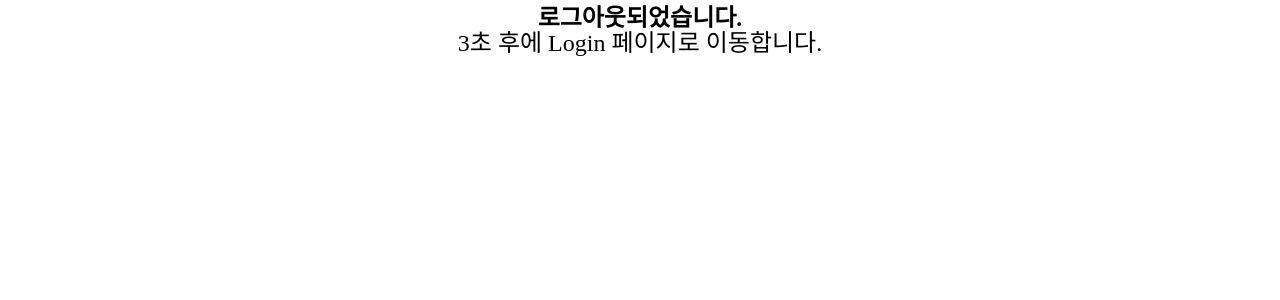
Repository: kr1124/jsp
Page: http://localhost/ServletProject/member/deleteForm.jsp
These files come from the project's save history. The page is drawn as it stood at one moment and after the next save; the edit follows.
The browser window is 1280 px wide. The pictures show the whole page.
The page is served by Tomcat 9. Other server files are loaded and not shown.

Above is the page before, as saved 2024-12-09 07:56:51.

### ServletProject/src/main/webapp/member/deleteForm.jsp
<%@ page language="java" contentType="text/html; charset=UTF-8" pageEncoding="UTF-8"%>
<%@ page import="com.member.StudentVO"%>
<jsp:useBean id="dao" class="com.member.StudentDAO"/>
<!DOCTYPE html>
<html>
<head>
	<meta charset="UTF-8">
	<title>회원탈퇴</title>
	<link href="style.css" rel="stylesheet" type="text/css" >
	<script type="text/javascript" src="script.js"></script>
</head>
<body>
	<div align="center">
		<font size="5" face="궁서체">
			<b>로그아웃되었습니다.</b><br>
			3초 후에 Login 페이지로 이동합니다.
		</font>
	</div>
</body>
</html>

### ServletProject/src/main/java/com/member/StudentDAO.java
package com.member;

import java.sql.*;
import javax.sql.*;
import javax.naming.*;
import java.util.*;

public class StudentDAO {
	private Connection getConnection() {
		Connection con = null;

		try {
			Context initContext = new InitialContext();
			Context envContext  = (Context)initContext.lookup("java:/comp/env");
			DataSource ds = (DataSource)envContext.lookup("jdbc/myOracle");
			con = ds.getConnection();

			System.out.println("데이터베이스 연결 성공");
		} catch(Exception se) {
			System.out.println("데이터베이스 연결 실패");
		}

		return con;
	}

	public boolean idCheck(String id) {
		boolean result = true;
		String sql = "select * from student where id=?";

		Connection con = null;
		PreparedStatement pstmt = null;
		ResultSet rs = null;

		try {
			con = getConnection();
			pstmt = con.prepareStatement(sql);
			pstmt.setString(1, id);

			rs = pstmt.executeQuery();

			if(!rs.next()) {
				result = false;
			}

		} catch (SQLException se) {
			se.printStackTrace();
		} finally {
			if(rs != null) {try {rs.close();} catch(SQLException e) {}}
			if(pstmt != null) {try {pstmt.close();} catch(SQLException e) {}}
			if(con != null) {try {con.close();} catch(SQLException e) {}}
		}

		return result;
	}

	public Vector<ZipCodeVO> zipcodeRead(String dong) {
		Connection con = null;
		PreparedStatement pstmt = null;
		ResultSet rs = null;

		Vector<ZipCodeVO> vecList = new Vector<ZipCodeVO>();

		try {
			con = getConnection();

			String sql = "select * from zipcode where dong like '" + dong + "%'";
			pstmt = con.prepareStatement(sql);
			rs = pstmt.executeQuery();

			while(rs.next()) {
				ZipCodeVO tempZipCode = new ZipCodeVO();
				tempZipCode.setZipcode(rs.getString("zipcode"));
				tempZipCode.setSido(rs.getString("sido"));
				tempZipCode.setGugun(rs.getString("gugun"));
				tempZipCode.setDong(rs.getString("dong"));
				tempZipCode.setRi(rs.getString("ri"));
				tempZipCode.setBunji(rs.getString("bunji"));
				vecList.add(tempZipCode);
			}

		} catch (SQLException se) {
			se.printStackTrace();
		} finally {
			if(rs != null) {try {rs.close();} catch(SQLException e) {}}
			if(pstmt != null) {try {pstmt.close();} catch(SQLException e) {}}
			if(con != null) {try {con.close();} catch(SQLException e) {}}
		}

		return vecList;
	}

	/*
	 * 회원가입처리
	 * 데이터베이스에 실제로 회원데이터를 넣기 위하여 메소드 추가
	 */

	public boolean memberInsert(StudentVO vo) {
		Connection con = null;
		PreparedStatement pstmt = null;
		//ResultSet rs = null;

		boolean flag = false;

		try {
			con = getConnection();

			String sql = "insert into student values(?,?,?,?,?,?,?,?,?,?)";

			pstmt = con.prepareStatement(sql);
			pstmt.setString(1, vo.getId());
			pstmt.setString(2, vo.getPass());
			pstmt.setString(3, vo.getName());
			pstmt.setString(4, vo.getPhone1());
			pstmt.setString(5, vo.getPhone2());
			pstmt.setString(6, vo.getPhone3());
			pstmt.setString(7, vo.getEmail());
			pstmt.setString(8, vo.getZipcode());
			pstmt.setString(9, vo.getAddress1());
			pstmt.setString(10, vo.getAddress2());

			int count = pstmt.executeUpdate();
			if(count > 0) {
				flag = true;
			}
		} catch (SQLException se) {
			se.printStackTrace();
		} finally {
			//if(rs != null) {try {rs.close();} catch(SQLException e) {}}
			if(pstmt != null) {try {pstmt.close();} catch(SQLException e) {}}
			if(con != null) {try {con.close();} catch(SQLException e) {}}
		}

		return flag;
	}

	//로그인 버튼을 눌렀을 때 입력된 아이디와 패스워드가 데이터베이스에 저장된 값과 일치하는지 체크
	//1 : 로그인 성공 0 :비밀번호 오류 -1:없는 아이디
	public int loginCheck(String id, String pass) {
		Connection con = null;
		PreparedStatement pstmt = null;
		ResultSet rs = null;

		int check = -1;

		try {
			con = getConnection();

			String sql = "select pass from student where id=?";

			pstmt = con.prepareStatement(sql);
			pstmt.setString(1, id);

			rs = pstmt.executeQuery();

			if(rs.next()) {
				String dbpass = rs.getString("pass");
				if(pass.equals(dbpass)) {
					check = 1;
				}
				else {
					check = 0; //비밀번호 불일치
				}
			}
		} catch (SQLException se) {
			se.printStackTrace();
		} finally {
			if(rs != null) {try {rs.close();} catch(SQLException e) {}}
			if(pstmt != null) {try {pstmt.close();} catch(SQLException e) {}}
			if(con != null) {try {con.close();} catch(SQLException e) {}}
		}

		return check;
	}

	/* 회원정보수정을 위해 정보 수정 버튼을 클릭하면
	 * 현재 로그인한 회원정보를 수정할 수 있도록 미리 화면에 보여주어야함.
	 *
	 * 세션에 설정된 아이디를 가지고 회원정보를 가져오는 메소드를 구현해야함
	 *
	 * 아이디를 가지고 회원정보를 가져오는 메소드 구현
	 * */
	public StudentVO getMember(String id) {
		StudentVO vo = null;

		Connection con = null;
		PreparedStatement pstmt = null;
		ResultSet rs = null;

		try {
			con = getConnection();

			String sql = "select * from student where id=?";

			pstmt = con.prepareStatement(sql);
			pstmt.setString(1, id);

			rs = pstmt.executeQuery();

			if(rs.next()) {
				vo = new StudentVO();
				vo.setId(rs.getString("id"));
				vo.setPass(rs.getString("pass"));
				vo.setName(rs.getString("name"));
				vo.setPhone1(rs.getString("phone1"));
				vo.setPhone2(rs.getString("phone2"));
				vo.setPhone3(rs.getString("phone3"));
				vo.setEmail(rs.getString("email"));
				vo.setZipcode(rs.getString("zipcode"));
				vo.setAddress1(rs.getString("address1"));
				vo.setAddress2(rs.getString("address2"));
			}
		} catch (SQLException se) {
			se.printStackTrace();
		} finally {
			if(rs != null) {try {rs.close();} catch(SQLException e) {}}
			if(pstmt != null) {try {pstmt.close();} catch(SQLException e) {}}
			if(con != null) {try {con.close();} catch(SQLException e) {}}
		}

		return vo;
	}

	/* 정보수정을 위한 데이터베이스 update 함수
	 * */
	public void updateMember(StudentVO vo) {
		Connection con = null;
		PreparedStatement pstmt = null;
		//ResultSet rs = null;

		String sql = "update student set pass=?, phone1=?, phone2=?, phone3=?, email=?, zipcode=?, "
				+ "address1=?, address2=? where id=?";

		try {
			con = getConnection();

			pstmt = con.prepareStatement(sql);
			pstmt.setString(1, vo.getPass());
			pstmt.setString(2, vo.getPhone1());
			pstmt.setString(3, vo.getPhone2());
			pstmt.setString(4, vo.getPhone3());
			pstmt.setString(5, vo.getEmail());
			pstmt.setString(6, vo.getZipcode());
			pstmt.setString(7, vo.getAddress1());
			pstmt.setString(8, vo.getAddress2());
			pstmt.setString(9, vo.getId());

			pstmt.executeUpdate();

		} catch (SQLException se) {
			se.printStackTrace();
		} finally {
			//if(rs != null) {try {rs.close();} catch(SQLException e) {}}
			if(pstmt != null) {try {pstmt.close();} catch(SQLException e) {}}
			if(con != null) {try {con.close();} catch(SQLException e) {}}
		}
	}

	//회원탈퇴 : 버튼이 클릭되면 비밀번호를 입력받고 일치하는지 확인하여 일치하면 탈퇴
	public int deleteMember(String id, String pass) {
		Connection con = null;
		PreparedStatement pstmt = null;
		ResultSet rs = null;
		String dbpass = "";//db에 저장된 비밀번호

		int result = -1; //해당 아이디 없음

		try {
			con = getConnection();

			String sql1 = "select pass from student where id=?";

			pstmt = con.prepareStatement(sql1);
			pstmt.setString(1, id);

			rs = pstmt.executeQuery();

			if(rs.next()) {
				dbpass = rs.getString("pass");
				if(dbpass.equals(pass)) {
					String sql2 = "delete from student where id=?";
					pstmt = con.prepareStatement(sql2);
					pstmt.setString(1, id);
					pstmt.executeUpdate();
					result = 1; //탈퇴 성공
				}
				else {
					result = 0; //비밀번호 불일치
				}
			}
		} catch (SQLException se) {
			se.printStackTrace();
		} finally {
			if(rs != null) {try {rs.close();} catch(SQLException e) {}}
			if(pstmt != null) {try {pstmt.close();} catch(SQLException e) {}}
			if(con != null) {try {con.close();} catch(SQLException e) {}}
		}

		return result;
	}

}

### ServletProject/src/main/webapp/member/style.css
@charset "UTF-8";
body, table, tr, td, select, div, form {
	font-size : 13px;
	color: black;
	line-height: 160%;
	font-family: serif;
}

textarea, input {
	border-right: 1px solid #999999;
	border-top: 1px solid #999999;
	border-left: 1px solid #999999;
	border-bottom: 1px solid #999999;
	font-size: 9pt;
	color: black;
	background-color: white;
	font-family: serif;
}

a:link {
	text-decoration: none;
	color: #696969;
}
a:hover {
	text-decoration: yes;
	color: #66ccff;
}
a:visited {
	text-decoration: none;
	color: #330066;
}

### ServletProject/src/main/webapp/member/script.js
function idCheck(id) {
    if(id == "") {
        alert("아이디를 입력해 주세요");
        document.regForm.id.focus();
    }
    else {
        url="idCheck.jsp?id=" + id;
        window.open(url, "post", "width=300, height=150");
    }
}

function zipCheck() {
    url="zipCheck.jsp?check=y";
    window.open(url, "post", "toolbar=no, width=500, height=300, directories=no, status=yes, scrollbars=yes, menubar=no");
}

function dongCheck() {
	if(document.zipForm.dong.value == "") {
        alert("동 이름을 입력해 주세요");
        document.zipForm.dong.focus();
		return;
	}

	document.zipForm.submit();
}

function sendAddress(zipcode, sido, gugun, dong, ri, bunji) {
    var address = sido + " " + gugun + " " + ri + " " + bunji;
    opener.document.regForm.zipcode.value = zipcode;
    opener.document.regForm.address1.value = address;
    self.close();
}

function inputCheck() {
    if(document.regForm.id.value == "") {
        alert("아이디를 입력해주세요.");
        document.regForm.id.focus();
        return;
    }
    if(document.regForm.pass.value == "") {
        alert("비밀번호를 입력해주세요.");
        document.regForm.pass.focus();
        return;
    }
    if(document.regForm.repass.value == "") {
        alert("비밀번호를 다시한번 입력해주세요.");
        document.regForm.repass.focus();
        return;
    }

    if(document.regForm.pass.value != document.regForm.repass.value) {
        alert("비밀번호가 일치하지 않습니다.");
        document.regForm.repass.focus();
        return;
    }
    if(document.regForm.name.value == "") {
        alert("이름을 입력해주세요.");
        document.regForm.name.focus();
        return;
    }
    if(document.regForm.phone1.value == "") {
        alert("통신사를 입력해주세요.");
        document.regForm.phone1.focus();
        return;
    }
    if(document.regForm.phone2.value == "") {
        alert("전화번호 앞 4자리가 비어있습니다.");
        document.regForm.phone2.focus();
        return;
    }
    if(document.regForm.phone3.value == "") {
        alert("전화번호 뒤 4자리가 비어있습니다.");
        document.regForm.phone3.focus();
        return;
    }
    if(document.regForm.email.value == "") {
        alert("이메일을 입력해주세요.");
        document.regForm.email.focus();
        return;
    }

    var str = document.regForm.email.value;
    var atPos = str.indexOf('@');
    var atLastPos = str.lastIndexOf('@');
    var dotPos = str.indexOf('.');
    var spacePos = str.indexOf(' ');
    var commaPos = str.indexOf(',');
    var eMailSize = str.length;

    if(atPos > 1 && atPos == atLastPos && dotPos > 3 && spacePos == -1 && commaPos == -1 && atPos + 1 < dotPos && dotPos + 1 < eMailSize);
    else {
        alert("e_mail 주소 형식이 올바르지 않습니다.\n\r다시 입력해주세요.");
        document.regForm.email.focus();
        return;
    }

    if(document.regForm.zipcode.value == "") {
        alert("우편번호를 입력해주세요.");
        document.regForm.zipcode.focus();
        return;
    }

    if(document.regForm.address1.value == "") {
        alert("주소를 입력해주세요.");
        document.regForm.address1.focus();
        return;
    }
    if(document.regForm.address2.value == "") {
        alert("상세 주소를 입력해주세요.");
        document.regForm.address2.focus();
        return;
    }

    document.regForm.submit();
}

function updateCheck() {

    if(document.regForm.pass.value == "") {
        alert("비밀번호를 입력해주세요.");
        document.regForm.pass.focus();
        return;
    }
    if(document.regForm.repass.value == "") {
        alert("비밀번호를 다시한번 입력해주세요.");
        document.regForm.repass.focus();
        return;
    }

    if(document.regForm.pass.value != document.regForm.repass.value) {
        alert("비밀번호가 일치하지 않습니다.");
        document.regForm.repass.focus();
        return;
    }

    if(document.regForm.phone1.value == "") {
        alert("통신사를 입력해주세요.");
        document.regForm.phone1.focus();
        return;
    }
    if(document.regForm.phone2.value == "") {
        alert("전화번호 앞 4자리가 비어있습니다.");
        document.regForm.phone2.focus();
        return;
    }
    if(document.regForm.phone3.value == "") {
        alert("전화번호 뒤 4자리가 비어있습니다.");
        document.regForm.phone3.focus();
        return;
    }
    if(document.regForm.email.value == "") {
        alert("이메일을 입력해주세요.");
        document.regForm.email.focus();
        return;
    }

    var str = document.regForm.email.value;
    var atPos = str.indexOf('@');
    var atLastPos = str.lastIndexOf('@');
    var dotPos = str.indexOf('.');
    var spacePos = str.indexOf(' ');
    var commaPos = str.indexOf(',');
    var eMailSize = str.length;

    if(atPos > 1 && atPos == atLastPos && dotPos > 3 && spacePos == -1 && commaPos == -1 && atPos + 1 < dotPos && dotPos + 1 < eMailSize);
    else {
        alert("e_mail 주소 형식이 올바르지 않습니다.\n\r다시 입력해주세요.");
        document.regForm.email.focus();
        return;
    }

    if(document.regForm.zipcode.value == "") {
        alert("우편번호를 입력해주세요.");
        document.regForm.zipcode.focus();
        return;
    }

    if(document.regForm.address1.value == "") {
        alert("주소를 입력해주세요.");
        document.regForm.address1.focus();
        return;
    }
    if(document.regForm.address2.value == "") {
        alert("상세 주소를 입력해주세요.");
        document.regForm.address2.focus();
        return;
    }

    document.regForm.submit();
}

function begin() {
    document.myForm.pass.focus();
}

function checkIt() {
    if(!document.myForm.pass.value) {
        alert("비밀번호가 입력되지 않았습니다.");
        document.myForm.pass.focus();
        return false;
    }
}

After the next save:
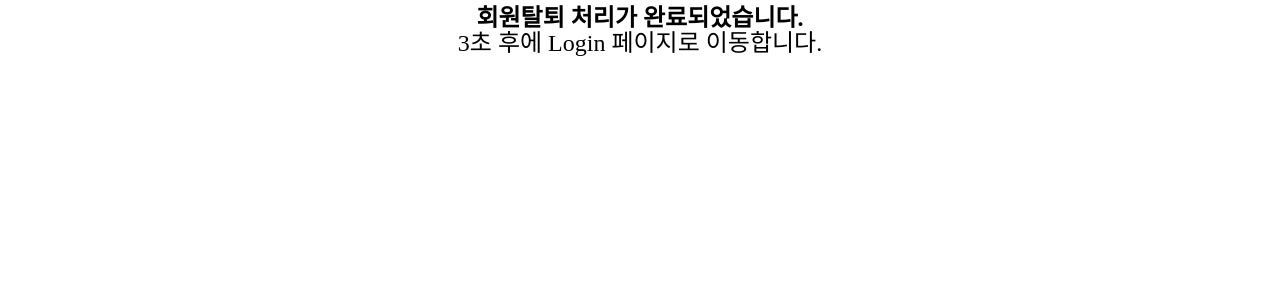
Saved 10 min 54 s later.
--- a/ServletProject/src/main/webapp/member/deleteForm.jsp
+++ b/ServletProject/src/main/webapp/member/deleteForm.jsp
@@ -12,7 +12,7 @@
 <body>
 	<div align="center">
 		<font size="5" face="궁서체">
-			<b>로그아웃되었습니다.</b><br>
+			<b>회원탈퇴 처리가 완료되었습니다.</b><br>
 			3초 후에 Login 페이지로 이동합니다.
 		</font>
 	</div>
